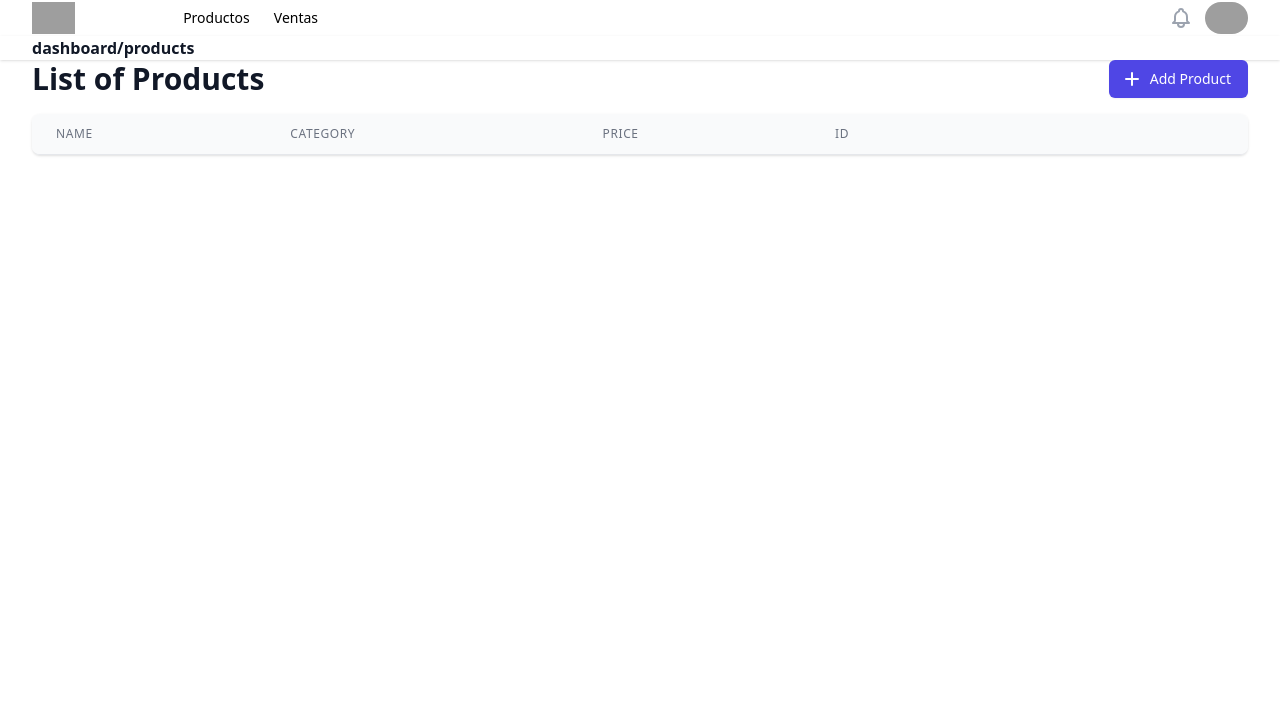
Repository: pvelosa/next-dashboard
Page: /dashboard/products
These files come from the project's save history. The page is drawn as it stood at one moment and after the next save; the edit follows.
The browser window is 1280 px wide. The pictures show the whole page.
Pictures or frames that could not be fetched are drawn as grey boxes. The page's requests for data from a server got no answer. The project was rebuilt for these pictures with package versions that can differ from the ones it lists, and the page was loaded fresh each time. The framework's server and built-in components were replaced by stand-ins that run in the browser. No one was signed in, and anything a server would have sent is missing. Also part of the build but not shown: next.config.js.

Above is the page before, as saved 2022-06-04 13:54:41.

After the next save:
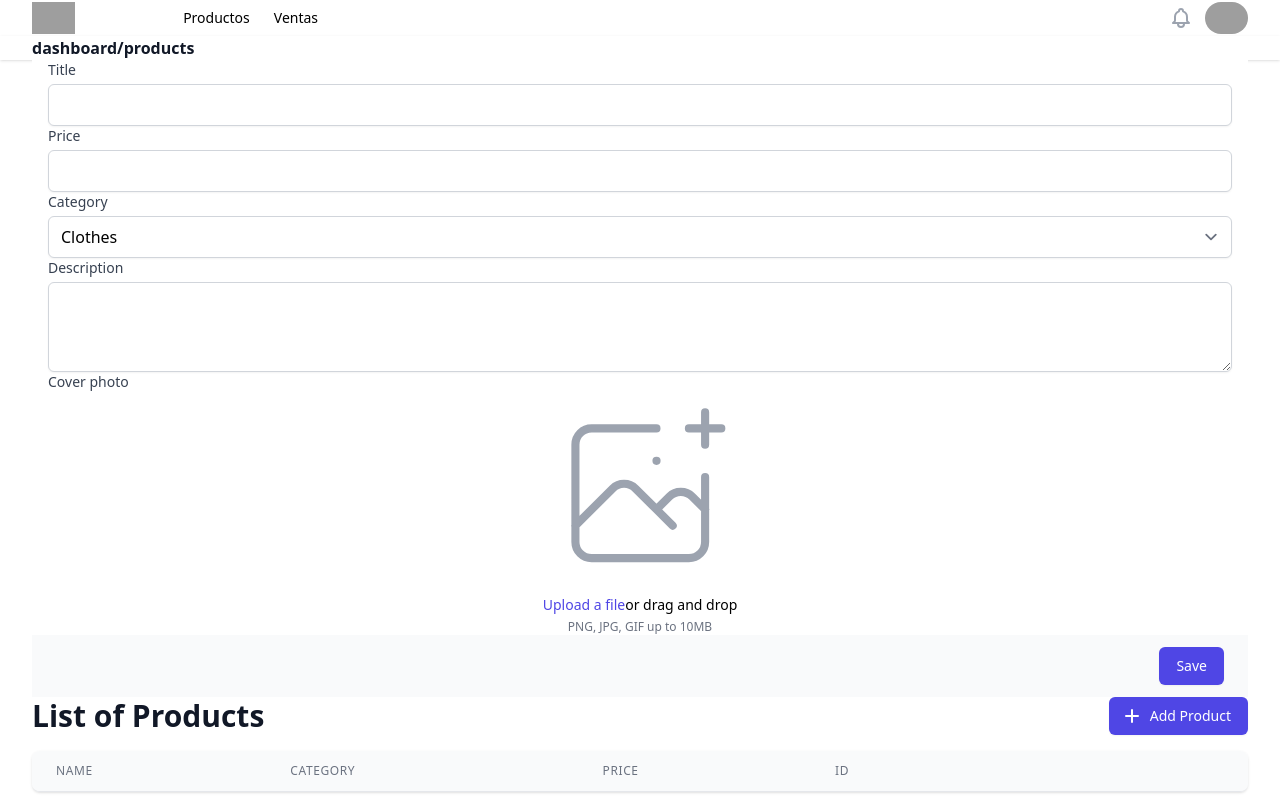
Saved 2 min 55 s later.
--- a/pages/dashboard/products.js
+++ b/pages/dashboard/products.js
@@ -53,6 +53,7 @@ export default function Products() {
   return (
     <>
       <Alert alert={alert} handleClose={toggleAlert} />
+      <FormProduct setOpen={setOpen} setAlert={setAlert} />
       <div className="lg:flex lg:items-center lg:justify-between mb-4">
         <div className="flex-1 min-w-0">
           <h2 className="text-2xl font-bold leading-7 text-gray-900 sm:text-3xl sm:truncate">List of Products</h2>
@@ -134,7 +135,7 @@ export default function Products() {
         </div>
       </div>
       <Modal open={open} setOpen={setOpen}>
-        <FormProduct setOpen={setOpen} setAlert={setAlert} />
+
       </Modal>
     </>
   );
